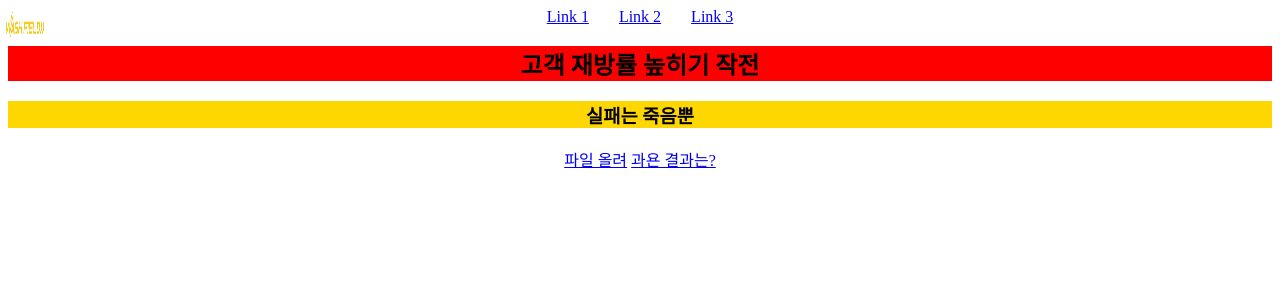
Repository: leeenzang/realmo
Page: http://localhost/mainpage/
The author's editor kept a copy of each file at every save. The page is drawn from the files as they stood at one save, then again after the next save.
The browser window is 1280 px wide. The pictures show the whole page.
The page is served by the project's application, run on Django 4.2 (manage.py). Other server files are loaded and not shown.

Above is the page before, as saved 2023-08-22 21:02:34.

### mainpage/templates/mainpage/home.html
{% load static %}

{% block content %}
<div class="container" style="text-align: center;">

    <!-- Top-left Image -->
    <div style="position: absolute; top: 0; left: 0;">
        <img src="{% static 'images/wash.png' %}" alt="My Image" width="50px" height="50px">
    </div>

    <!-- Navigation Bar -->
    <nav>
        <ul style="list-style-type: none; display: flex; justify-content: center; padding: 0;">
            <li style="margin: 0 15px;"><a href="#link1">Link 1</a></li>
            <li style="margin: 0 15px;"><a href="#link2">Link 2</a></li>
            <li style="margin: 0 15px;"><a href="#link3">Link 3</a></li>
        </ul>
    </nav>

    <h2 style="background-color: red;">고객 재방률 높히기 작전</h2>
    <h3 style="background-color: #FFD700;">실패는 죽음뿐</h3>
    <a href="{% url 'visit:upload_csv' %}" class="custom-btn">파일 올려</a>
    <a href="{% url 'analytics:revisit_rate' %}" class="custom-btn">과욘 결과는?</a>
</div>
{% endblock %}

### mainpage/views.py
from django.shortcuts import render

# Create your views here.


def home(request):
    return render(request, 'mainpage/home.html')

### config/urls.py
"""
URL configuration for config project.

The `urlpatterns` list routes URLs to views. For more information please see:
    https://docs.djangoproject.com/en/4.2/topics/http/urls/
Examples:
Function views
    1. Add an import:  from my_app import views
    2. Add a URL to urlpatterns:  path('', views.home, name='home')
Class-based views
    1. Add an import:  from other_app.views import Home
    2. Add a URL to urlpatterns:  path('', Home.as_view(), name='home')
Including another URLconf
    1. Import the include() function: from django.urls import include, path
    2. Add a URL to urlpatterns:  path('blog/', include('blog.urls'))
"""
from django.contrib import admin
from django.urls import path, include

urlpatterns = [
    path("admin/", admin.site.urls),
    path('mainpage/', include('mainpage.urls')),
    path('file_upload/', include('file_upload.urls')),
    path('analytics/', include('analytics.urls')),
    path('newvisit/', include('newvisit.urls')),
]

### file_upload/urls.py
from django.urls import path
from . import views

app_name = 'visit'

urlpatterns = [
    path('upload/', views.upload_csv, name='upload_csv'),
]

### analytics/urls.py
from django.urls import path
from . import views

app_name = 'analytics'

urlpatterns = [
    path('revisit_rate/', views.revisit_rate, name='revisit_rate'),
]

### newvisit/urls.py
from django.urls import path
from . import views

urlpatterns = [
    path('new/', views.new_visitors_summary, name='new_visitors'),
]

Loaded but not shown: mainpage/urls.py (common file)

After the next save:
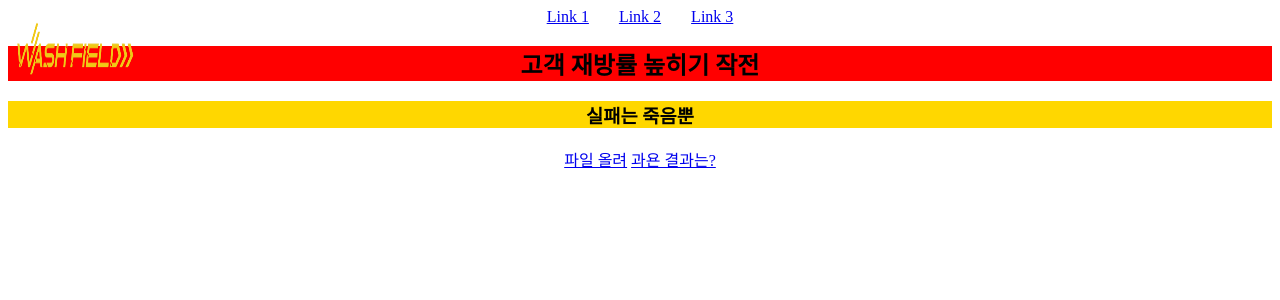
Saved 41 s later.
--- a/mainpage/templates/mainpage/home.html
+++ b/mainpage/templates/mainpage/home.html
@@ -5,7 +5,7 @@
 
     <!-- Top-left Image -->
     <div style="position: absolute; top: 0; left: 0;">
-        <img src="{% static 'images/wash.png' %}" alt="My Image" width="50px" height="50px">
+        <img src="{% static 'images/wash.png' %}" alt="My Image" width="150px" height="100px">
     </div>
 
     <!-- Navigation Bar -->
